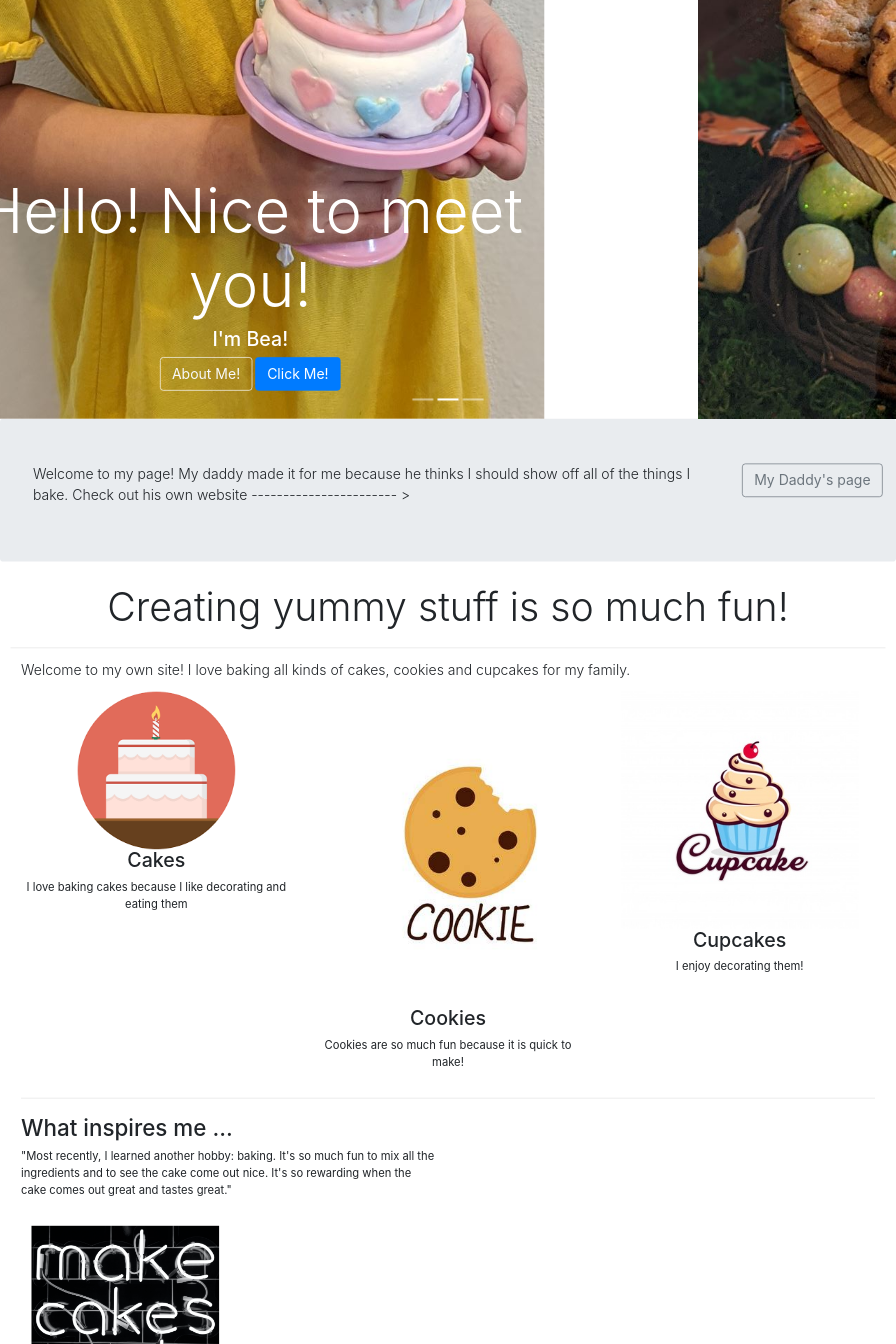
Repository: djzaragoza/Bea-Creation
Page: index.html
These files come from the project's save history. The page is drawn as it stood at one moment and after the next save; the edit follows.
The browser window is 1280 px wide. The pictures show the part of the page from y = 1343 to 3263 px (the page is 3263 px tall), at 70% of full size.
Some web libraries are served in a nearby version.

Above is the page before, as saved 2020-04-07 20:56:45.

### index.html
<!DOCTYPE html>
<html lang="en">
<head>
    <meta charset="utf-8">
    <meta name="viewport" content="width=device-width, initial-scale=1">
    <title>Bea's Creation</title>
    <link rel="stylesheet" href="https://maxcdn.bootstrapcdn.com/bootstrap/4.0.0/css/bootstrap.min.css">
    <script src="https://ajax.googleapis.com/ajax/libs/jquery/3.3.1/jquery.min.js"></script>
    <script src="https://cdnjs.cloudflare.com/ajax/libs/popper.js/1.12.9/umd/popper.min.js"></script>
    <script src="https://maxcdn.bootstrapcdn.com/bootstrap/4.0.0/js/bootstrap.min.js"></script>
    <script src="https://use.fontawesome.com/releases/v5.0.8/js/all.js"></script>
    <link rel="style.css" rel="stylesheet">
</head>
<body>

<!-- navigation -->
<nav class="navbar navbar-expand-md navbar-light bg-light sticky-top">
<div class="container-fluid">
    <a class="navbar-brand" href="#"><img src=""></a>
    <button class="navbar-toggler" type="button" data-toggle="collapse" data-target="#navbarResponsive">
        <span class="navbar-toggler-icon"></span>
    </button>
    <div class="collapse navbar-collapse" id="navbarResponsive">
        <ul class="navbar-nav ml-auto">
            <li class="nav-item active">
                <a class="nav-link" href="#">Home</a>
            </li>
            <li class="nav-item">
                <a class="nav-link" href="#">Cakes</a>
            </li>
            <li class="nav-item">
                <a class="nav-link" href="#">Cupcakes</a>
            </li>
            <li class="nav-item">
                <a class="nav-link" href="#">Cookies</a>
            </li>
        </ul>
    </div>

</div>


</nav>


<!-- image slider -->
<div id="slides" class="carousel slide" data-ride="carousel">
    <ul class="carousel-indicators">
        <li data-target="#slides" data-slide-to="0" class="active"></li>
        <li data-target="#slides" data-slide-to="1">
        <li data-target="#slides" data-slide-to="2">
    </ul>
    <div class="carousel-inner">
        <div class="carousel-item active">
            <img src="img/bea_cover_photo.jpg">
            <div class="carousel-caption">
                <h1 class="display-2">Hello! Nice to meet you!</h1>
                <h3>I'm Bea!</h3>
                <button type="button" class="btn btn-outline-light btn-lg">About Me!</button>
                <button type="button" class="btn btn-primary btn-lg">Click Me!</button>
            </div>
        </div>
        <div class="carousel-item">
            <img src="img/bea_home_cookies.jpg">
        </div>
        <div class="carousel-item">
            <img src="img/bea_home_cupcakes.jpg">
        </div>
    </div>
</div>


<!-- jumbotron -->
<div class="container-fluid">
    <div class="row jumbotron">
        <div class="column-xs-12 col-sm-12 col-md-9 col-lg-9 col-xl-10">
            <p class="lead">Welcome to my page!  My daddy made it for me because he thinks I should show off all of the things I bake.  Check out his own website      ----------------------- > </p>
        </div>
        <div class="col-xs-12 col-sm-12 col-md-3 col-lg-3 col-xl-2">
            <a href="https://www.djzaragoza.dev" target="_blank"><button type="button" class="btn btn-outline-secondary btn-lg">My Daddy's page</button></a>
        </div>

    </div>
</div>

<!-- welcome section -->

<div class="container-fluid padding">
<div class="row welcome text-center">
    <div class="col-12">
        <h1 class="display-4">Creating yummy stuff is so much fun!</div>
    </div>
    <hr>
    <div class="col-12">
        <p class="lead">Welcome to my own site!  I love baking all kinds of cakes, cookies and cupcakes for my family.</p>
    </div>
<div>
</div>

<!-- three column section -->
<div class="container-fluid padding">
<div class="row text-center padding">
    <div class="col-xs-12 col-sm-6 col-md-4">
        <img src="img/cake_icon.png">
        <h3>Cakes</h3>
        <p>I love baking cakes because I like decorating and eating them</p>
    </div>
    <div class="col-xs-12 col-sm-6 col-md-4">
        <img src="img/cookie_icon.jpg">
        <h3>Cookies</h3>
        <p>Cookies are so much fun because it is quick to make!</p>
    </div>
    <div class="col-sm-12 col-md-4">
        <img src="img/cupcake_icon.jpg">
        <h3>Cupcakes</h3>
        <p>I enjoy decorating them!</p>
    </div>
</div>
<hr class="my-4">
</div>

<!-- two column section -->

<div class="container-fluid padding">
    <div class="row padding">
        <div class="col-md-12 col-lg-6">
            <h2>What inspires me ...</h2>
            <p>"Most recently, I learned another hobby: baking.  It's so much fun to mix all the ingredients and to see the cake come out nice.  It's so rewarding when the cake comes out great and tastes great."
            </p>
            <br>

        <div>
        <div class="col-lg-6">
            <img src="img/family_baking_icon.jpg" class="img-fluid">
        </div>
    </div>
</div>
<!-- fixed background -->

<!-- emoji section -->

<!-- meet the team -->

<!-- cards -->

<!-- two column section -->







</body>



</html>

After the next save:
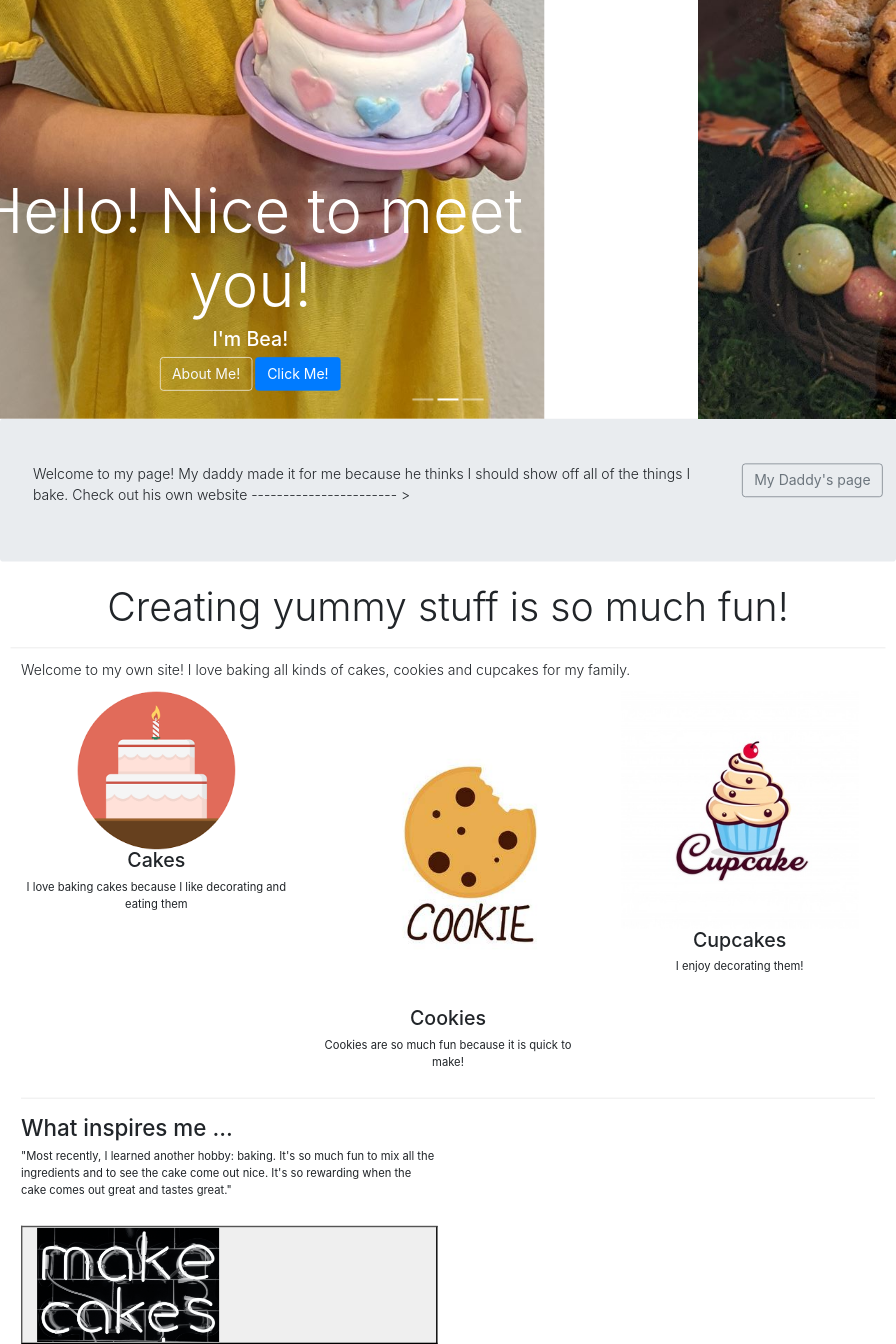
Saved 5 s later.
--- a/index.html
+++ b/index.html
@@ -128,7 +128,7 @@
             <p>"Most recently, I learned another hobby: baking.  It's so much fun to mix all the ingredients and to see the cake come out nice.  It's so rewarding when the cake comes out great and tastes great."
             </p>
             <br>
-
+            <button
         <div>
         <div class="col-lg-6">
             <img src="img/family_baking_icon.jpg" class="img-fluid">

After the save that followed:
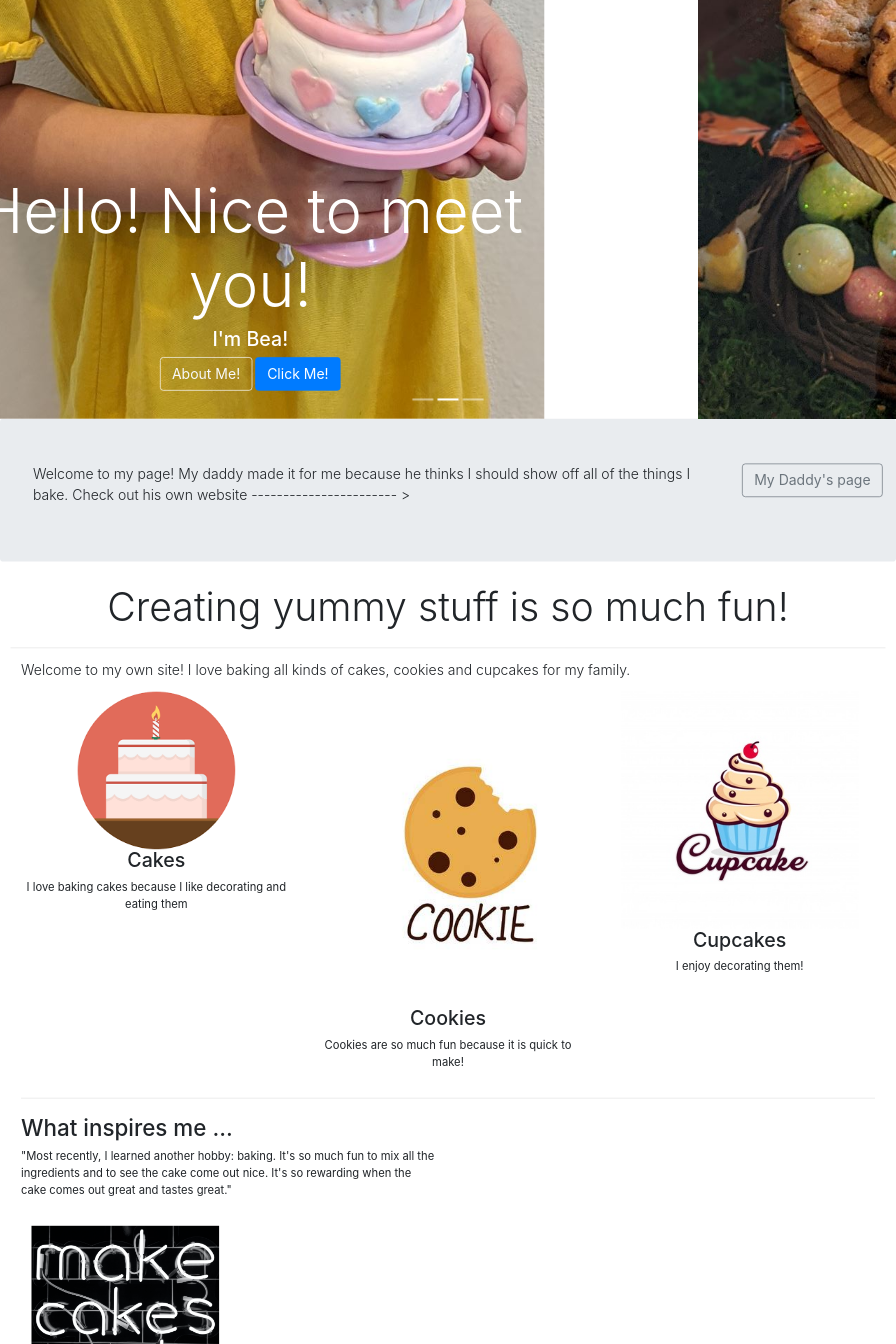
Saved 9 s later.
--- a/index.html
+++ b/index.html
@@ -128,7 +128,7 @@
             <p>"Most recently, I learned another hobby: baking.  It's so much fun to mix all the ingredients and to see the cake come out nice.  It's so rewarding when the cake comes out great and tastes great."
             </p>
             <br>
-            <button
+            <a href=""
         <div>
         <div class="col-lg-6">
             <img src="img/family_baking_icon.jpg" class="img-fluid">
